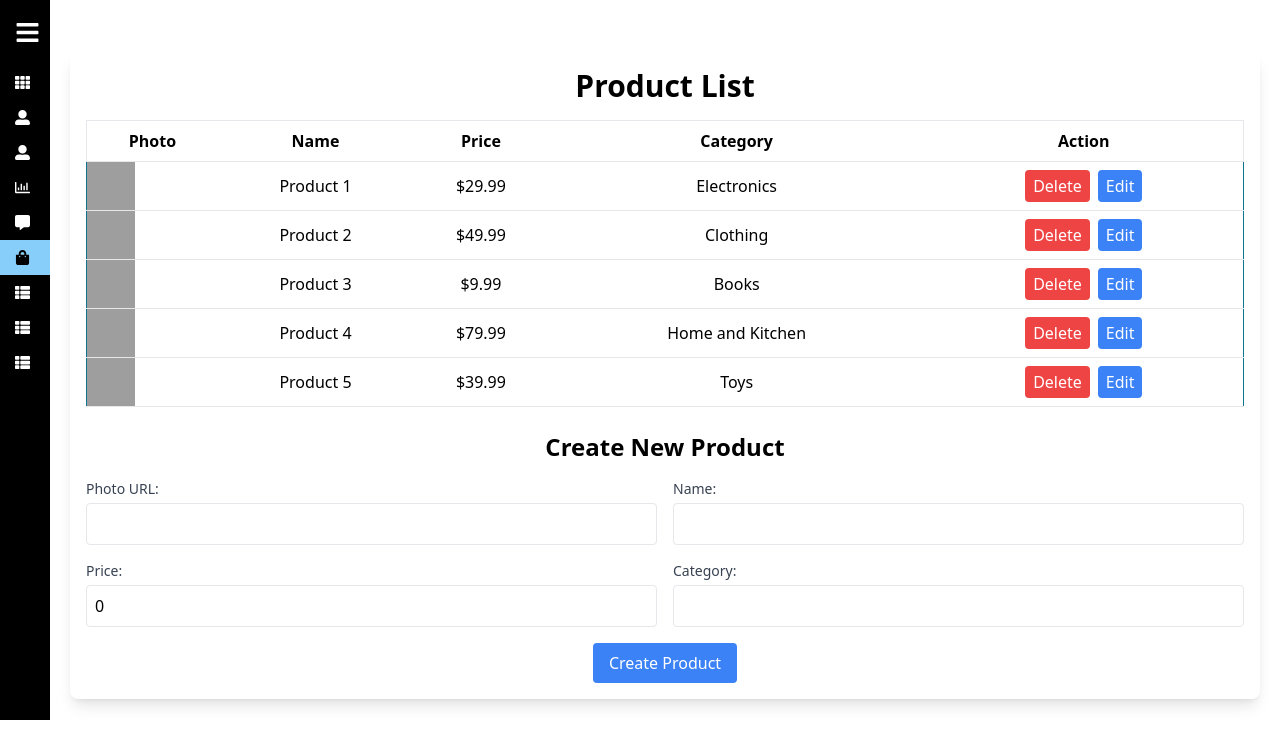
Repository: AndargWorku12/admin-dashboard
Page: /product
An editor plug-in stored every save of this project. The page is shown before and after the next save, followed by the edit.
The browser window is 1280 px wide. The pictures show the whole page.
Pictures or frames that could not be fetched are drawn as grey boxes. The project was rebuilt for these pictures with package versions that can differ from the ones it lists, and the page was loaded fresh each time. Also part of the build but not shown: src/pages/Dashboard.tsx, src/pages/Orders.tsx, src/style/category.css, src/pages/Category.tsx, src/pages/Login.tsx, src/pages/Analytics.tsx, src/pages/CustemerReview.tsx, src/pages/ShopCard.tsx and 1 more.

Above is the page before, as saved 2024-01-25 03:49:25.

### src/index.tsx
import { ColorModeScript } from "@chakra-ui/react"
import * as React from "react"
import * as ReactDOM from "react-dom/client"
import App from "./App"
import './index.css'

const container = document.getElementById("root")
if (!container) throw new Error('Failed to find the root element');
const root = ReactDOM.createRoot(container)

root.render(

  <React.StrictMode>
    <ColorModeScript />
    <App />
  </React.StrictMode>,

)

### src/App.tsx

import React, {useState} from 'react';
import { BrowserRouter, Route, Routes } from 'react-router-dom';
import Sidebar from './components/Sidebar';
import Dashboard from './pages/Dashboard';
// import SignUpForm from './pages/LoginPopup'
import Orders from './pages/Orders';
import Category from './pages/Category';
import Login from './pages/Login'
import Analytics from './pages/Analytics';
import CustemerReview from './pages/CustemerReview';
import ProductList from './pages/ProductList';
import ShopCard from './pages/ShopCard';
import './App.css'
import SignUpForm from './pages/SignUpForm';




type SaleData = {
  date: string;
  amount: number;
};

type RevenueData = {
  month: string;
  revenue: number;
};

type Product = {
    id: string;
    photo: string;
    name: string;
    price: number;
    category: string;
};

type Order = {
  id: string;
  product: Product;
  quantity: number;
  totalPrice: number;
};

type CategoryType = {
  id: string;
  name: string;
};



// Sample props for components
type DashboardProps = {
  saleData: SaleData[];
  revenueData: RevenueData[];
  // ... other props
};

type AnalyticsProps = {
  salesData: SaleData[];
  // ... other props
};

type ProductProps = {
  products: Product[];
  onUpdate: (productId: string, updatedProduct: Product) => void;

};




type OrderProps = {
  orders: Order[];
  // ... other props
};

type CategoryProps = {
  categories: CategoryType[];
  // ... other props
};







const App: React.FC = () => {


// for the product page to handle
  const [products, setProducts] = useState<Product[]>([


    {
      id: '1',
      photo: 'https://img.ltwebstatic.com/images3_pi/2022/01/10/16417919016a32607182dd11dedeb77e8324b683e8_thumbnail_900x.webp',
      name: 'Product 1',
      price: 29.99,
      category: 'Electronics',
    },
    {
      id: '2',
      photo: 'https://img.ltwebstatic.com/images3_pi/2022/01/10/16417919016a32607182dd11dedeb77e8324b683e8_thumbnail_900x.webp',
      name: 'Product 2',
      price: 49.99,
      category: 'Clothing',
    },
    {
      id: '3',
      photo: 'https://img.ltwebstatic.com/images3_pi/2022/01/10/16417919016a32607182dd11dedeb77e8324b683e8_thumbnail_900x.webp',
      name: 'Product 3',
      price: 9.99,
      category: 'Books',
    },
    {
      id: '4',
      photo: 'https://img.ltwebstatic.com/images3_pi/2022/01/10/16417919016a32607182dd11dedeb77e8324b683e8_thumbnail_900x.webp',
      name: 'Product 4',
      price: 79.99,
      category: 'Home and Kitchen',
    },
    {
      id: '5',
      photo: 'https://img.ltwebstatic.com/images3_pi/2022/01/10/16417919016a32607182dd11dedeb77e8324b683e8_thumbnail_900x.webp',
      name: 'Product 5',
      price: 39.99,
      category: 'Toys',
    },



  ]);

  // Function to handle creating a new product
  const handleCreate = (newProduct: Product) => {
    setProducts((prevProducts) => [...prevProducts, newProduct]);
  };

  // Function to handle updating a product

  const handleUpdate = (productId: string, newName: string, newPrice: number) => {
    setProducts((prevProducts) =>
      prevProducts.map((product) =>
        product.id === productId
          ? { ...product, name: newName, price: newPrice }
          : product
      )
    );
  };



  // Function to handle deleting a product
  const handleDelete = (productId: string) => {
    setProducts((prevProducts) => prevProducts.filter((product) => product.id !== productId));
  };


// for category page


const [categories, setCategories] = useState<CategoryType[]>([
  { id: '1', name: 'Category 1' },
  { id: '2', name: 'Category 2' },
  { id: '3', name: 'Category 3' },
  { id: '4', name: 'Category 4' },
  { id: '5', name: 'Category 5' },
  { id: '6', name: 'Category 6' },
  { id: '7', name: 'Category 7' },
  { id: '8', name: 'Category 8' },
  { id: '9', name: 'Category 9' },
  { id: '10', name: 'Category 10' },

]);

// Function to handle creating a new category
const handleCreateCategory = (newCategory: CategoryType) => {
  setCategories((prevCategories) => [...prevCategories, newCategory]);
};

const handleUpdateCategory = (categoryId: string, newName: string) => {
  setCategories((prevCategories) =>
    prevCategories.map((category) =>
      category.id === categoryId ? { ...category, name: newName } : category
    )
  );
};

// Function to handle deleting a category
const handleDeleteCategory = (categoryId: string) => {
  setCategories((prevCategories) => prevCategories.filter((category) => category.id !== categoryId));
};

  const saleData: SaleData[] = [
    { date: '2022-01-01', amount: 100 },
    { date: '2022-01-02', amount: 150 },
    { date: '2022-01-03', amount: 200 },
    { date: '2022-01-04', amount: 120 },
    { date: '2022-01-05', amount: 180 },
    { date: '2022-01-06', amount: 90 },
    { date: '2022-01-07', amount: 110 },
    { date: '2022-01-08', amount: 130 },
    { date: '2022-01-09', amount: 170 },
    { date: '2022-01-10', amount: 160 },
  ];

  const revenueData: RevenueData[] = [
    { month: 'January', revenue: 500 },
    { month: 'February', revenue: 700 },
    { month: 'March', revenue: 600 },
    { month: 'April', revenue: 800 },
    { month: 'May', revenue: 900 },
    { month: 'June', revenue: 750 },
    { month: 'July', revenue: 850 },
    { month: 'August', revenue: 950 },
    { month: 'September', revenue: 700 },
    { month: 'October', revenue: 850 },
  ];


   const [orders, setOrders] = useState<Order[]>([
    { id: '1', product: products[0], quantity: 2, totalPrice: 234 },
    { id: '2', product: products[2], quantity: 1, totalPrice: 234 },
    { id: '3', product: products[4], quantity: 3, totalPrice: 234 },
    { id: '4', product: products[6], quantity: 2, totalPrice: 234 },
    { id: '5', product: products[8], quantity: 1, totalPrice: 234 },
    { id: '6', product: products[1], quantity: 2, totalPrice: 234 },
    { id: '7', product: products[3], quantity: 3, totalPrice: 234 },
    { id: '8', product: products[5], quantity: 1, totalPrice: 234 },
    { id: '9', product: products[7], quantity: 2, totalPrice: 234 },
    { id: '10', product: products[9], quantity: 1, totalPrice: 234 },

   ]);

  // Function to create a new order
  const handleCreateOrder = (newOrder: Order) => {
    setOrders((prevOrders) => [...prevOrders, newOrder]);
  };

  // Function to delete an order
  const handleDeleteOrder = (orderId: string) => {
    const updatedOrders = orders.filter(order => order.id !== orderId);
    setOrders(updatedOrders);
  };

  // Function to update an order
  const handleUpdateOrder = (orderId: string, updatedOrder: Order) => {
    // Placeholder implementation: Updating the order in the list
    setOrders((prevOrders) =>
      prevOrders.map((order) =>
        order.id === orderId ? { ...order, ...updatedOrder } : order
      )
    );
  };

  return (
    <BrowserRouter>
    <Sidebar>
      <Routes>
        <Route path="/" element={<Dashboard saleData={saleData} revenueData={revenueData} />} />
        <Route path="/dashboard" element={<Dashboard saleData={saleData} revenueData={revenueData} />} />
       <Route path="/login" element={<Login/>}/>
        <Route path="/signup" element={<SignUpForm />} />
        <Route path="/review"element={<CustemerReview username="John" joinedDate="2022-01-01" reviewDate="2022-01-15" reviewText="Lorem ipsum" />}
/>

        <Route path="/analytics" element={<Analytics saleData={saleData} />} />
        <Route
  path="/product"
  element={<ProductList products={products} onCreate={handleCreate} onDelete={handleDelete} onUpdate={handleUpdate} />}
/>
        <Route path="/shop" element={<ShopCard />} />
        <Route
        path="/orders"
        element={
          <Orders
            orders={orders}
            onCreateOrder={handleCreateOrder}
            onDeleteOrder={handleDeleteOrder}
            onUpdateOrder={handleUpdateOrder}
          />
        }
      />

        <Route
            path="/category"
            element={<Category categories={categories} onCreate={handleCreateCategory} onDelete={handleDeleteCategory} onUpdate={handleUpdateCategory} />}
          />

      </Routes>
    </Sidebar>
  </BrowserRouter>
  );
};

export default App;

### src/components/Sidebar.tsx
import React, { useState } from 'react';
import ReactNode from "react";
import {
    FaTh,
    FaBars,
    FaUserAlt,
    FaRegChartBar,
    FaCommentAlt,
    FaShoppingBag,
    FaThList
} from 'react-icons/fa';
import { NavLink, NavLinkProps } from 'react-router-dom';



interface MenuItem {
    path: string;
    name: string;
    icon: JSX.Element;
}

interface SidebarProps {
  children: React.ReactNode;
}
    const Sidebar: React.FC<React.PropsWithChildren<{}>> = ({ children }) => {
    const [isOpen, setIsOpen] = useState(false);

    const toggle = () => setIsOpen(!isOpen);

    const menuItems: MenuItem[] = [
        {
            path: '/',
            name: 'Dashboard',
            icon: <FaTh />,
        },
        {
            path: '/login',
            name: 'Login',
            icon: <FaUserAlt />,
        },
        {
          path: '/signup',
          name: 'Register form',
          icon: <FaUserAlt />,
      },
        {
            path: '/analytics',
            name: 'Analytics',
            icon: <FaRegChartBar />,
        },
        {
            path: '/review',
            name: 'CustemerReview',
            icon: <FaCommentAlt />,
        },
        {
            path: '/product',
            name: 'Product',
            icon: <FaShoppingBag />,
        },
        {
            path: '/category',
            name: 'Category List',
            icon: <FaThList />,
        },
        {
          path: '/orders',
          name: 'Orders',
          icon: <FaThList />,
      },
      {
        path: '/shop',
        name: 'Sample product',
        icon: <FaThList />,
    },
    ];

    return (
        <div className="container">
            <div style={{ width: isOpen ? '200px' : '50px' }} className="sidebar">
                <div className="top_section">
                    <h1 style={{ display: isOpen ? 'block' : 'none' }} className="logo">
                        Logo
                    </h1>
                    <div style={{ marginLeft: isOpen ? '50px' : '0px' }} className="bars">
                        <FaBars onClick={toggle} />
                    </div>
                </div>
                {menuItems.map((item, index) => (
                    <NavLink to={item.path} key={index} className="link"
                    //  activeClassName="active"
                     >
                        <div className="icon">{item.icon}</div>
                        <div style={{ display: isOpen ? 'block' : 'none' }} className="link_text text-sm">
                            {item.name}
                        </div>
                    </NavLink>
                ))}
            </div>
            <main>{children}</main>
        </div>
    );
};

export default Sidebar;

### src/pages/ProductList.tsx
import React, { useState } from 'react';

interface Product {
  id: string;
  photo: string;
  name: string;
  price: number;
  category: string;
}

interface ProductListProps {
  products: Product[];
  onCreate: (newProduct: Omit<Product, 'id'> & { id?: string }) => void;
  onDelete: (productId: string) => void;
  onUpdate: (productId: string, newName: string, newPrice: number) => void;
}

const ProductList: React.FC<ProductListProps> = ({ products, onCreate, onDelete, onUpdate }) => {
  const [newProduct, setNewProduct] = useState<Omit<Product, 'id'> & { id?: string }>({
    photo: '',
    name: '',
    price: 0,
    category: '',
  });
  const [editingProduct, setEditingProduct] = useState<Product | null>(null);

  const handleCreateProduct = () => {
    onCreate({ ...newProduct, id: Date.now().toString() });
    setNewProduct({
      photo: '',
      name: '',
      price: 0,
      category: '',
    });
  };

  const handleUpdateProduct = () => {
    if (editingProduct) {
      onUpdate(editingProduct.id, editingProduct.name, editingProduct.price);
      setEditingProduct(null);
    }
  };

  const handleDeleteProduct = (id: string) => {
    onDelete(id);
  };

  const handleEditProduct = (product: Product) => {
    setEditingProduct(product);
  };

  return (
    <div className="container mx-auto my-8 p-4 bg-white shadow-lg rounded-lg block gap-64 text-center">
      <h2 className="text-3xl font-bold mb-4">Product List</h2>
      <table className="w-full border border-cyan-700">
        <thead>
          <tr className='border '>
            <th className="py-2">Photo</th>
            <th className="py-2">Name</th>
            <th className="py-2">Price</th>
            <th className="py-2">Category</th>
            <th className="py-2">Action</th>
          </tr>
        </thead>
        <tbody>
          {products.map((product) => (
            <tr key={product.id} className="border-b">
              <td>
                <img src={product.photo} alt={product.name} className="w-12 h-12 object-cover" />
              </td>
              <td className="py-2">{product.name}</td>
              <td className="py-2">${product.price.toFixed(2)}</td>
              <td className="py-2">{product.category}</td>
              <td className="py-2">
                <button
                  onClick={() => handleDeleteProduct(product.id)}
                  className="bg-red-500 text-white px-2 py-1 rounded mr-2"
                >
                  Delete
                </button>
                <button
                  onClick={() => handleEditProduct(product)}
                  className="bg-blue-500 text-white px-2 py-1 rounded"
                >
                  Edit
                </button>
              </td>
            </tr>
          ))}
        </tbody>
      </table>

      <h2 className="text-2xl font-bold mt-6 mb-4">
        {editingProduct ? 'Edit Product' : 'Create New Product'}
      </h2>
      <div className="grid grid-cols-2 gap-4 text-start">
        <div>
          <label htmlFor="productPhoto" className="block text-sm font-medium text-gray-700">
            Photo URL:
          </label>
          <input
            type="text"
            id="productPhoto"
            value={editingProduct ? editingProduct.photo : newProduct.photo}
            onChange={(e) =>
              editingProduct
                ? setEditingProduct({ ...editingProduct, photo: e.target.value })
                : setNewProduct({ ...newProduct, photo: e.target.value })
            }
            className="mt-1 p-2 border rounded w-full"
          />
        </div>
        <div>
          <label htmlFor="productName" className="block text-sm font-medium text-gray-700">
            Name:
          </label>
          <input
            type="text"
            id="productName"
            value={editingProduct ? editingProduct.name : newProduct.name}
            onChange={(e) =>
              editingProduct
                ? setEditingProduct({ ...editingProduct, name: e.target.value })
                : setNewProduct({ ...newProduct, name: e.target.value })
            }
            className="mt-1 p-2 border rounded w-full"
          />
        </div>
        <div>
          <label htmlFor="productPrice" className="block text-sm font-medium text-gray-700">
            Price:
          </label>
          <input
            type="number"
            id="productPrice"
            value={editingProduct ? editingProduct.price : newProduct.price}
            onChange={(e) =>
              editingProduct
                ? setEditingProduct({ ...editingProduct, price: +e.target.value })
                : setNewProduct({ ...newProduct, price: +e.target.value })
            }
            className="mt-1 p-2 border rounded w-full"
          />
        </div>
        <div>
          <label htmlFor="productCategory" className="block text-sm font-medium text-gray-700">
            Category:
          </label>
          <input
            type="text"
            id="productCategory"
            value={editingProduct ? editingProduct.category : newProduct.category}
            onChange={(e) =>
              editingProduct
                ? setEditingProduct({ ...editingProduct, category: e.target.value })
                : setNewProduct({ ...newProduct, category: e.target.value })
            }
            className="mt-1 p-2 border rounded w-full"
          />
        </div>
      </div>
      <button
        onClick={editingProduct ? handleUpdateProduct : handleCreateProduct}
        className="mt-4 bg-blue-500 text-white px-4 py-2 rounded"
      >
        {editingProduct ? 'Update Product' : 'Create Product'}
      </button>
    </div>
  );
};

export default ProductList;

### src/App.css
* {
    margin: 0;
    padding: 0;
    text-decoration: none;
}

.container {
    display: flex;
}

main {
    width: 100%;
    padding: 20px;
}

.sidebar {
    background: #000;
    color: #fff;
    height: 100vh;
    width: 200px;
    transition: all 0.5s;
}

.top_section {
    display: flex;
    align-items: center;
    padding: 20px 15px;
}

.logo {
    font-size: 30px;
}

.bars {
    display: flex;
    font-size: 25px;
    margin-left: 50px;
}

.link {
    display: flex;
    color: #fff;
    padding: 10px 15px;
    gap: 15px;
    transition: all 0.5s;
}

.link:hover {
    background: lightskyblue;
    color: #000;
    transition: all 0.5s;
}

.active {
    background: lightskyblue;
    color: #000;
}

.icon,
.link_text {
    font-size: 15px;
}

Loaded but not shown: public/index.html (common file); src/index.css (common file); tailwind.config.js (common file)

After the next save:
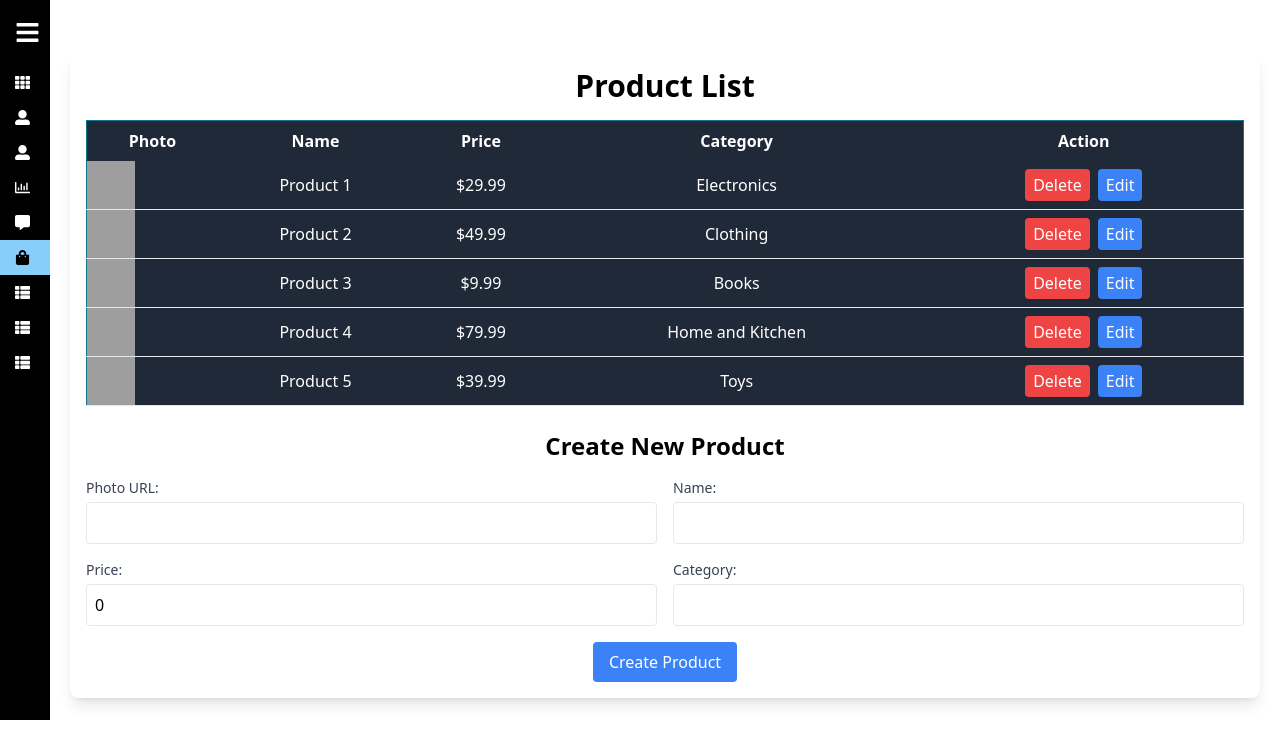
Saved 3 min 5 s later.
--- a/src/pages/ProductList.tsx
+++ b/src/pages/ProductList.tsx
@@ -52,9 +52,9 @@ const ProductList: React.FC<ProductListProps> = ({ products, onCreate, onDelete,
   return (
     <div className="container mx-auto my-8 p-4 bg-white shadow-lg rounded-lg block gap-64 text-center">
       <h2 className="text-3xl font-bold mb-4">Product List</h2>
-      <table className="w-full border border-cyan-700">
+      <table className="w-full border border-cyan-700 bg-gray-800 text-white">
         <thead>
-          <tr className='border '>
+          <tr>
             <th className="py-2">Photo</th>
             <th className="py-2">Name</th>
             <th className="py-2">Price</th>
